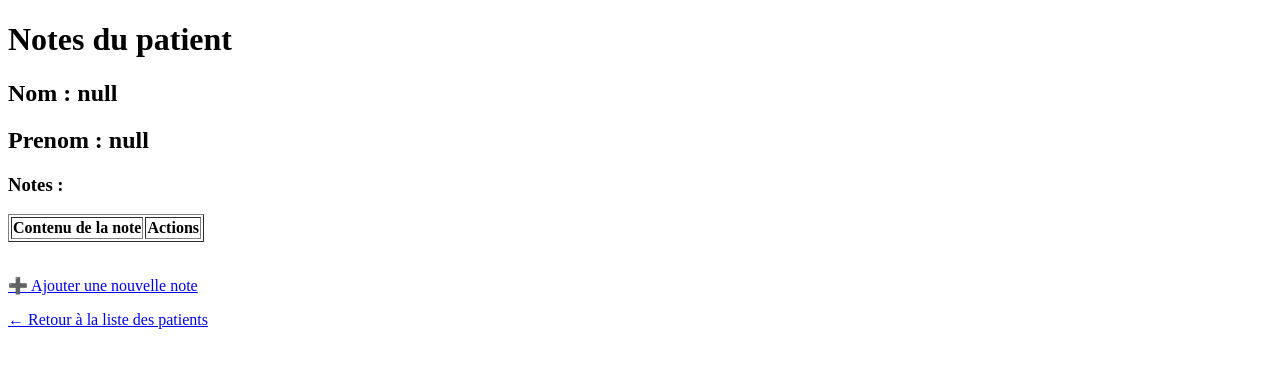
Repository: QuentinDevJava/P9-Test
Page: http://localhost/patient-notes
These files come from the project's save history. The page is drawn as it stood at one moment and after the next save; the edit follows.
The browser window is 1280 px wide. The pictures show the whole page.
The page is this project's Thymeleaf template; nobody is signed in. The template is opened directly, without the code that normally fills it, so the values that code supplies are empty.

Above is the page before, as saved 2025-05-21 14:17:48.

After the next save:
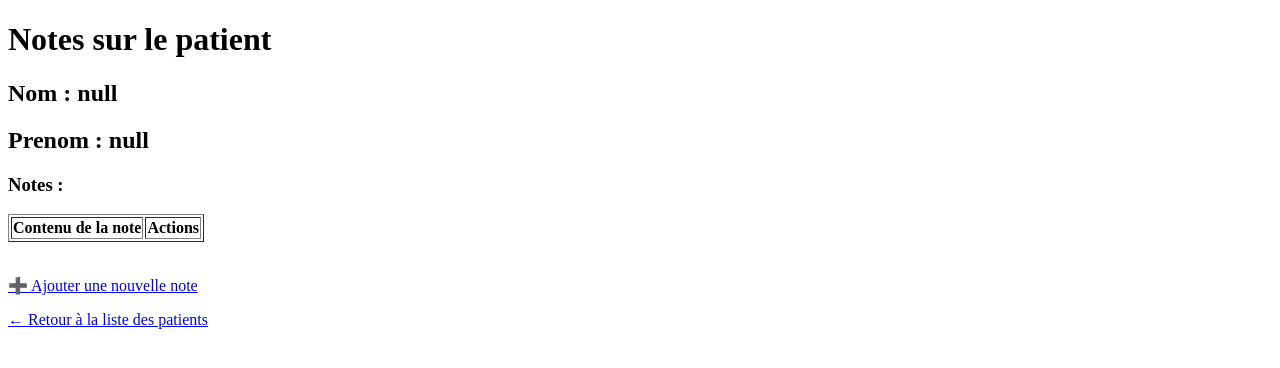
Saved 73 s later.
--- a/ui/src/main/resources/templates/patient-notes.html
+++ b/ui/src/main/resources/templates/patient-notes.html
@@ -1,10 +1,10 @@
 <!DOCTYPE html>
 <html xmlns:th="http://www.thymeleaf.org">
 <head>
-    <title>Notes du patient</title>
+    <title>Liste des Notes</title>
 </head>
 <body>
-    <h1>Notes du patient</h1>
+    <h1>Notes sur le patient</h1>
     <div>
         <h2 th:text="'Nom : ' + ${patient.nom}"></h2>
         <h2 th:text="'Prenom : ' + ${patient.prenom}"></h2>
